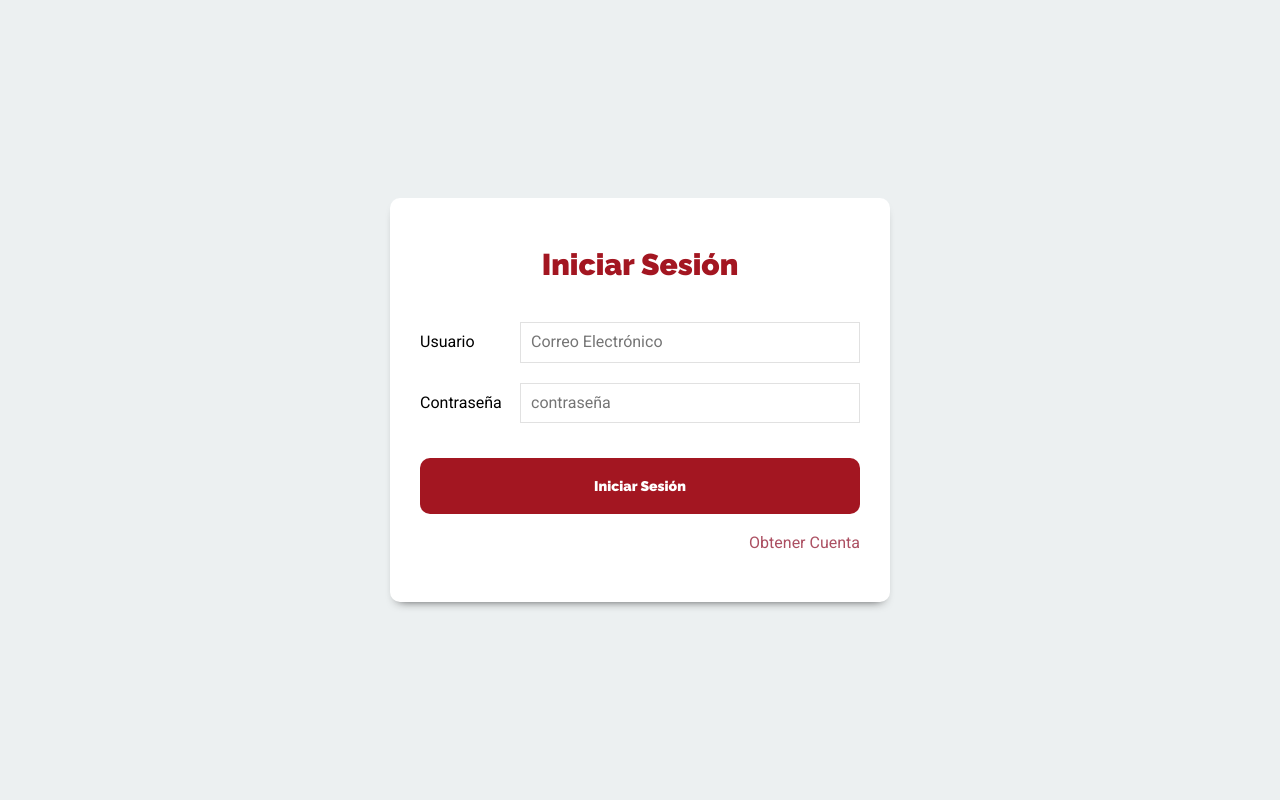
Repository: andrescovarrubias/admin-proyectos
Page: /nueva-cuenta (app in cliente/)
An editor plug-in stored every save of this project. The page is shown before and after the next save, followed by the edit.
The browser window is 1280 px wide. The pictures show the whole page.
The project was rebuilt for these pictures with package versions that can differ from the ones it lists, and the page was loaded fresh each time. Also part of the build but not shown: cliente/src/components/auth/Login.jsx, cliente/src/components/proyectos/Proyectos.jsx.

Above is the page before, as saved 2020-10-31 16:52:07.

After the next save:
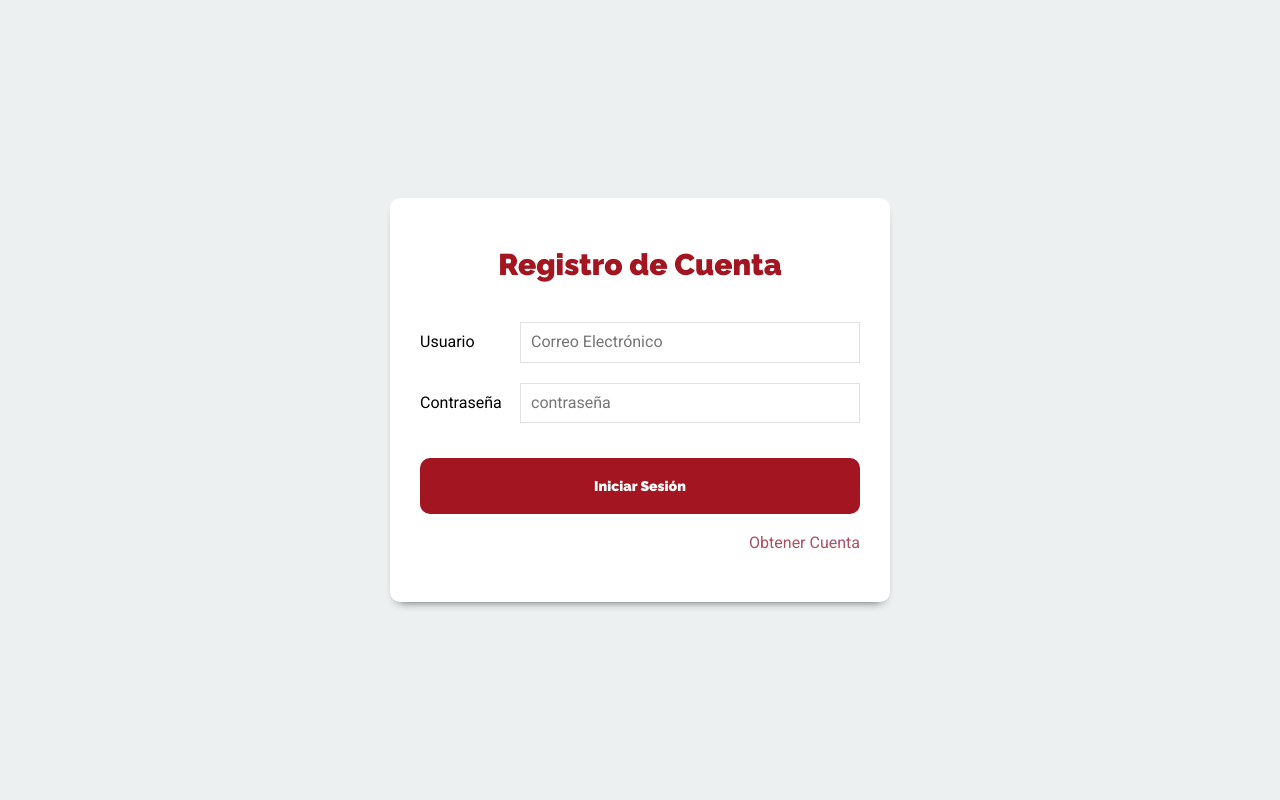
Saved 23 s later.
--- a/cliente/src/components/auth/NuevaCuenta.jsx
+++ b/cliente/src/components/auth/NuevaCuenta.jsx
@@ -34,7 +34,7 @@ const NuevaCuenta = () => {
      return (
           <div className="form-usuario">
                <div className="contenedor-form sombra-dark">
-                    <h1>Iniciar Sesión</h1>
+                    <h1>Registro de Cuenta</h1>
                     <form
                          onSubmit = {onSubmit}
                     >
